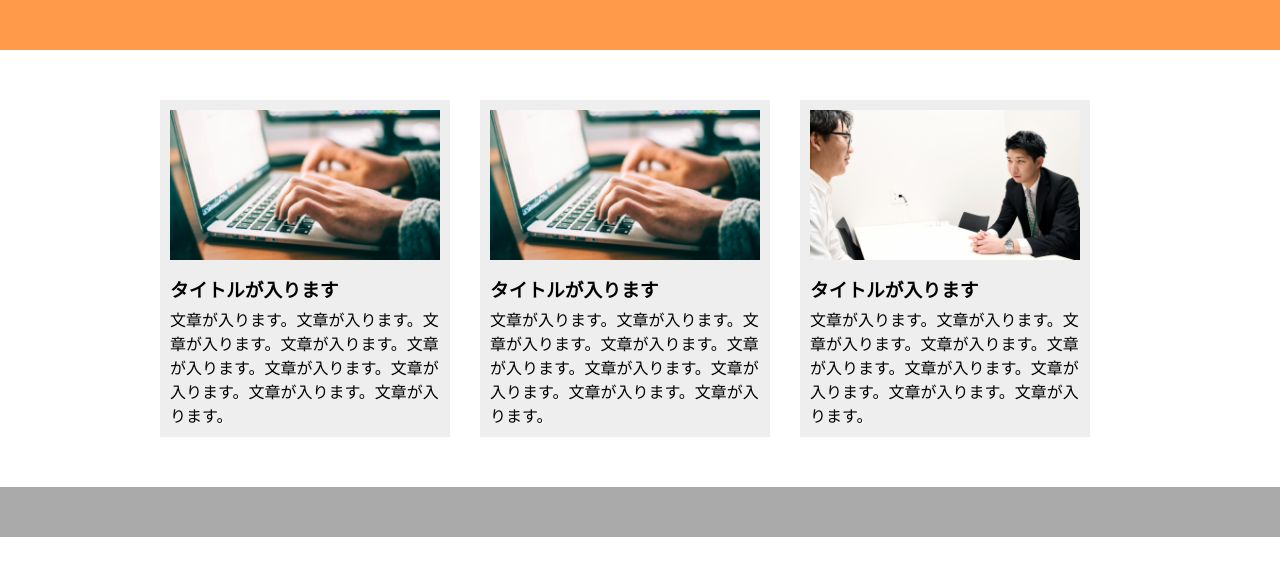
Repository: Takahiro620/dmmwebcamp
Page: enshu9/enshu9.html
The author's editor kept a record of every edit. The page is drawn from the files as they stood at one moment, then again after the next edit.
The browser window is 1280 px wide. The pictures show the whole page.

Above is the page before.

After the next edit:
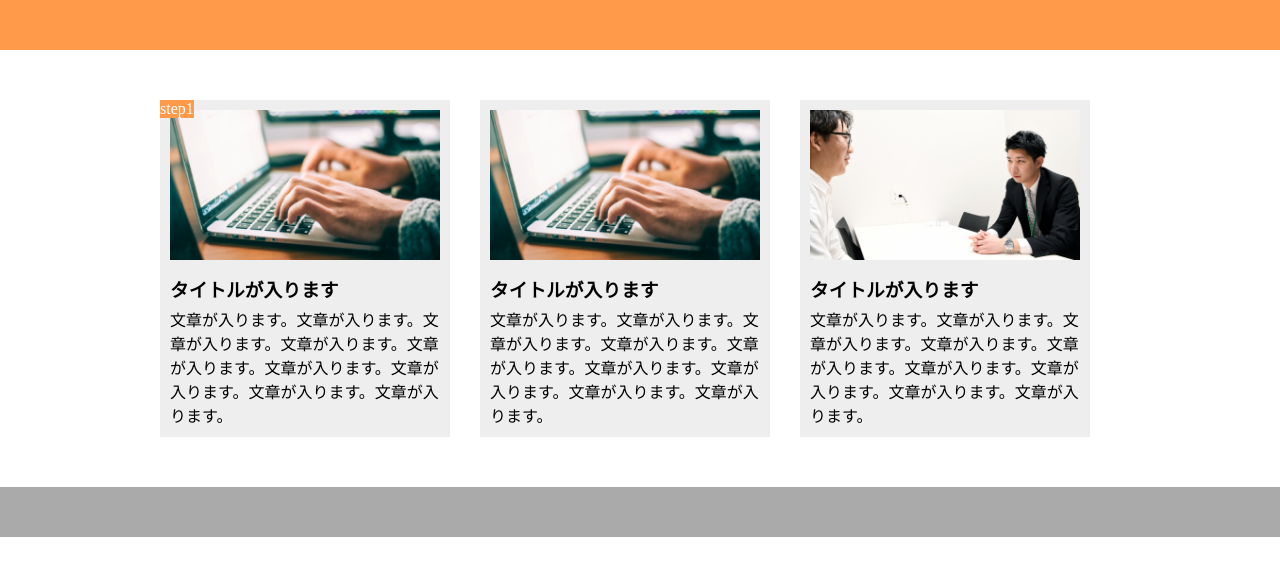
The edit:
--- a/enshu9/enshu9.html
+++ b/enshu9/enshu9.html
@@ -20,6 +20,7 @@
 
       <span class="main-1">
         <div class="image-1"></div>
+        <span class="step-num">step1</span>
         <h3 class="title">タイトルが入ります</h2>
         <p class="text">文章が入ります。文章が入ります。文章が入ります。文章が入ります。文章が入ります。文章が入ります。文章が入ります。文章が入ります。文章が入ります。</p>
       </span>
